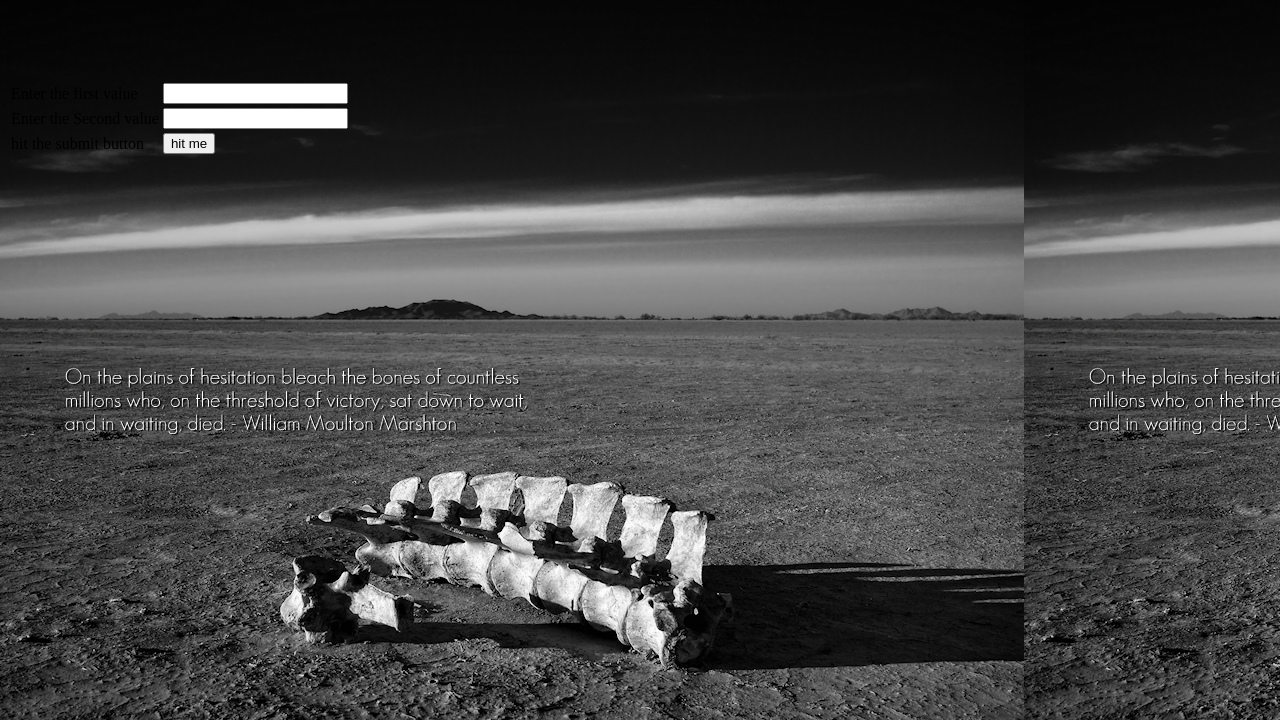
Repository: dhanasekar13/servlet
Page: mystore/war/login.html
The author's editor kept a copy of each file at every save. The page is drawn from the files as they stood at one save, then again after the next save.
The browser window is 1280 px wide. The pictures show the whole page.

Above is the page before, as saved 2017-05-09 17:38:57.

### mystore/war/login.html
<html>
<head>
<base target="_self">
<style type="text/css">
h1 {
color:whitle;

}

</style>
</head>
<body background="b.jpg" bgcolor="orangeS">
	<br>
	<br>
	<br>
	<br>
	<form action="mystore" method="get">
		<table>

			<tr>
				<td>Enter the first value</td>
				<td><input type="text" name="a1"></td>
			</tr>

			<tr>
				<td>Enter the Second value</td>
				<td><input type="text" name="a2"></td>
			</tr>

			<tr>
				<td>hit the submit button</td>
				<td><input type="submit" value="hit me"></td>
			</tr>
		</table>
	</form>

</body>
</html>

After the next save:
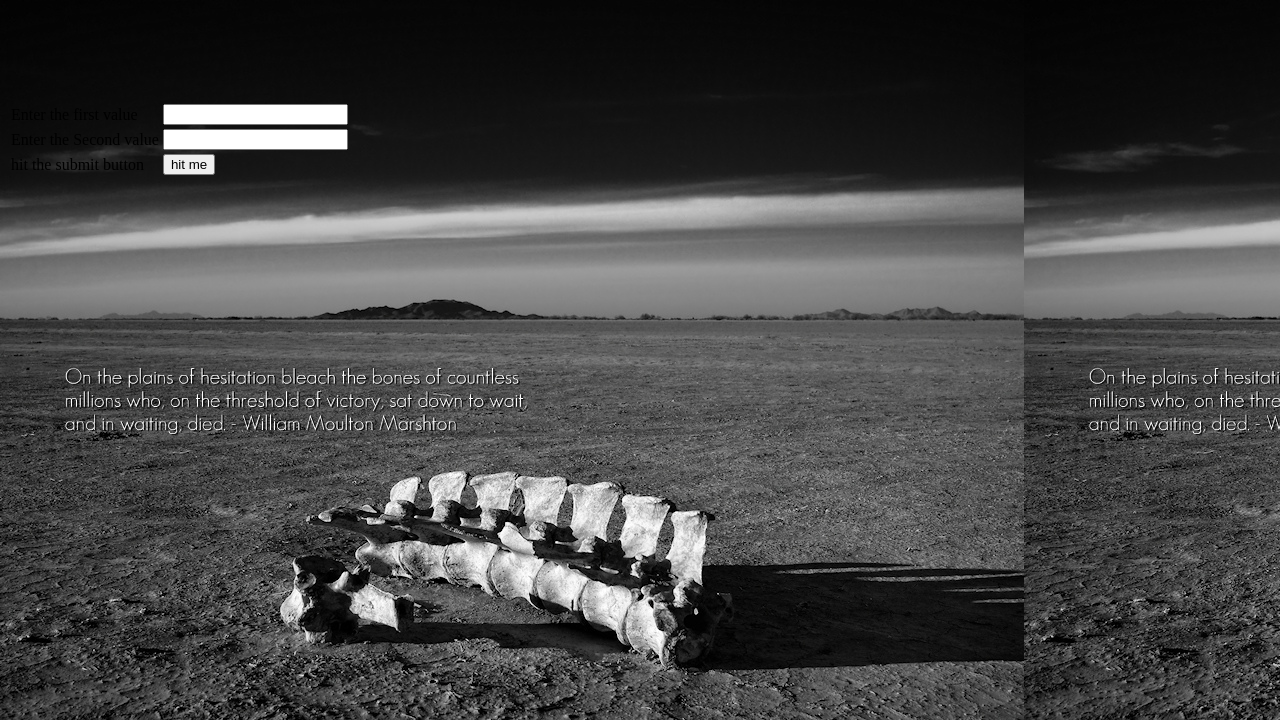
Saved 16 s later.
--- a/mystore/war/login.html
+++ b/mystore/war/login.html
@@ -14,6 +14,7 @@ color:whitle;
 	<br>
 	<br>
 	<br>
+	<h1>
 	<form action="mystore" method="get">
 		<table>
 
@@ -33,6 +34,6 @@ color:whitle;
 			</tr>
 		</table>
 	</form>
-
+</h1>
 </body>
 </html>
